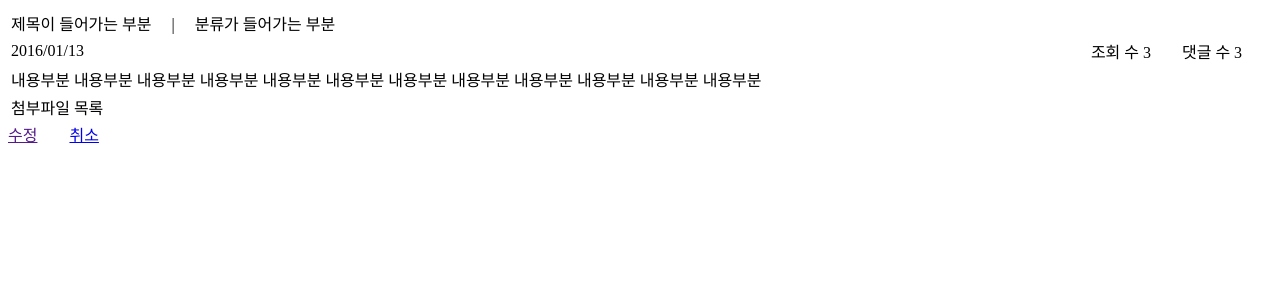
Repository: ekgus419/hckj
Page: http://localhost/Railro/WEB-INF/views/railro/railroDetail.jsp
An editor plug-in stored every save of this project. The page is shown before and after the next save, followed by the edit.
The browser window is 1280 px wide. The pictures show the whole page.
The page is served by Tomcat 9. Nobody is signed in. The template is opened directly, without the code that normally fills it, so the values that code supplies are empty.

Above is the page before, as saved 2016-08-19 05:22:34.

After the next save:
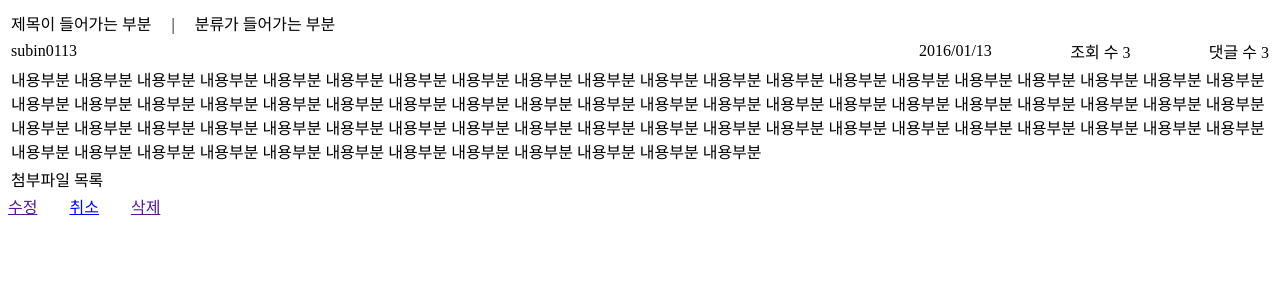
Saved 17 min 18 s later.
--- a/Railro/src/main/webapp/WEB-INF/views/railro/railroDetail.jsp
+++ b/Railro/src/main/webapp/WEB-INF/views/railro/railroDetail.jsp
@@ -4,7 +4,7 @@
 	<form action="" method="post" enctype="multipart/form-data" name="">
 		<table class="detail" width="100%">
 			<tr>
-				<td>
+				<td colspan="10">
 					제목이 들어가는 부분
 					&nbsp;&nbsp;&nbsp;
 					|
@@ -12,19 +12,82 @@
 					분류가 들어가는 부분
 				</td>
 			</tr>
-			<tr>
-				<td>
+			<tr class="title">
+				<td width="73%" >
+				 	subin0113
+				</td>
+				<td width="5%" style="text-align: right;">
 				 	2016/01/13
 				</td>
-				<td>
+				<td width="11%" style="text-align: right;">
 				 	조회 수 3
 				</td>
-				<td>
+				<td width="11%" style="text-align: right;">
 				 	댓글 수 3
 				</td>
 			</tr>
 			<tr>
-				<td>
+				<td colspan="10">
+					내용부분
+					내용부분
+					내용부분
+					내용부분
+					내용부분
+					내용부분
+					내용부분
+					내용부분
+					내용부분
+					내용부분
+					내용부분
+					내용부분
+					내용부분
+					내용부분
+					내용부분
+					내용부분
+					내용부분
+					내용부분
+					내용부분
+					내용부분
+					내용부분
+					내용부분
+					내용부분
+					내용부분
+					내용부분
+					내용부분
+					내용부분
+					내용부분
+					내용부분
+					내용부분
+					내용부분
+					내용부분
+					내용부분
+					내용부분
+					내용부분
+					내용부분
+					내용부분
+					내용부분
+					내용부분
+					내용부분
+					내용부분
+					내용부분
+					내용부분
+					내용부분
+					내용부분
+					내용부분
+					내용부분
+					내용부분
+					내용부분
+					내용부분
+					내용부분
+					내용부분
+					내용부분
+					내용부분
+					내용부분
+					내용부분
+					내용부분
+					내용부분
+					내용부분
+					내용부분
 					내용부분
 					내용부분
 					내용부분
@@ -40,7 +103,7 @@
 				</td>
 			</tr>
 			<tr>
-				<td>
+				<td colspan="10">
 					첨부파일 목록
 				</td>
 			</tr>
@@ -49,6 +112,8 @@
 			<a href="">수정</a>
 			&nbsp;&nbsp;&nbsp;&nbsp;&nbsp;&nbsp;
 			<a href="javascript:history.go(-1)">취소</a>
+			&nbsp;&nbsp;&nbsp;&nbsp;&nbsp;&nbsp;
+			<a href="">삭제</a>
 		</div>
 	</form>
 </div>
